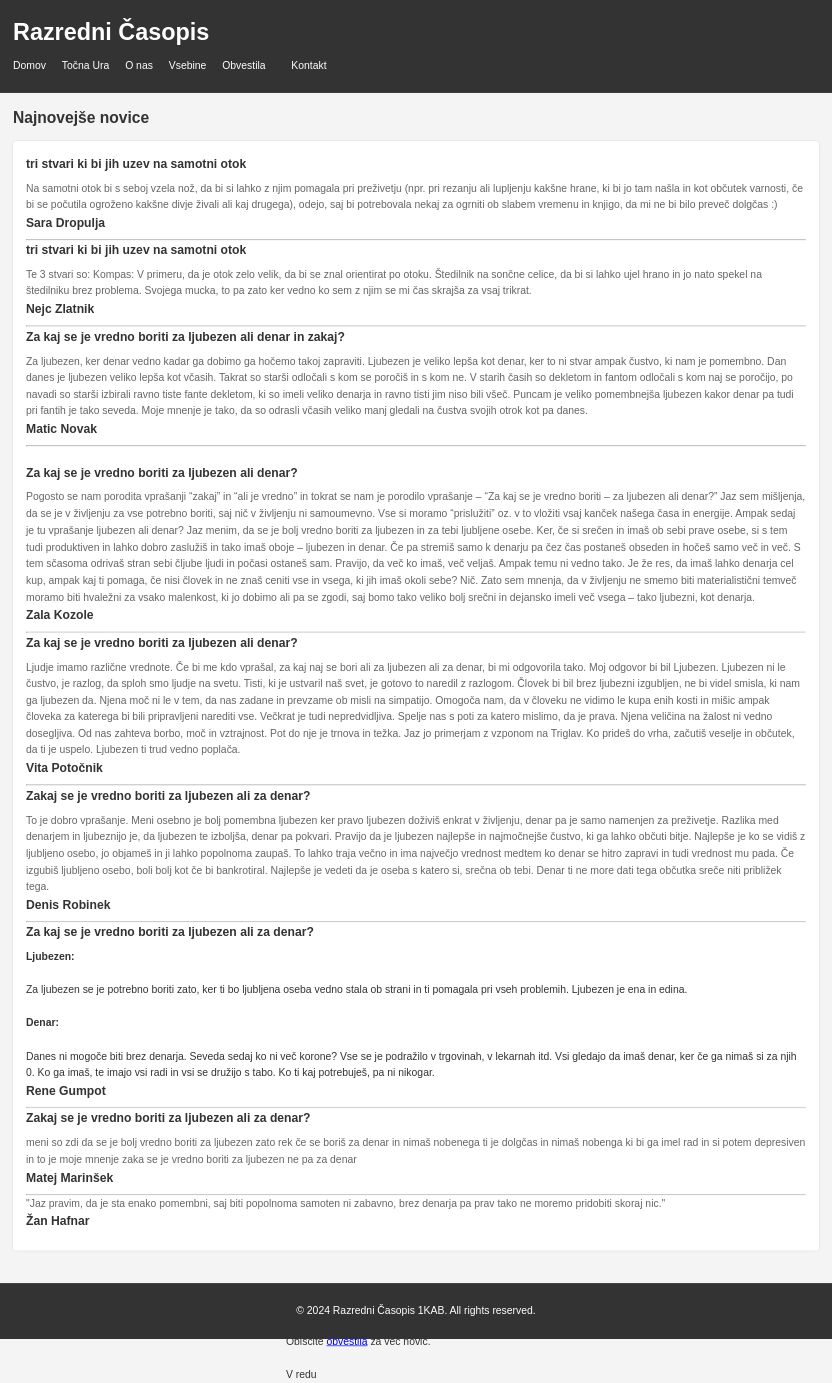
Repository: razrednicasopis/razrednicasopis.github.io
Page: Resources/casopis-html.html
The author's editor kept a copy of each file at every save. The page is drawn from the files as they stood at one save, then again after a run of saves.
The browser window is 1280 px wide. The pictures show the whole page, at 65% of full size.

Above is the page before, as saved 2024-01-23 09:14:16.
Console error: TypeError: Cannot read properties of null (reading 'addEventListener')

After the next 2 saves:
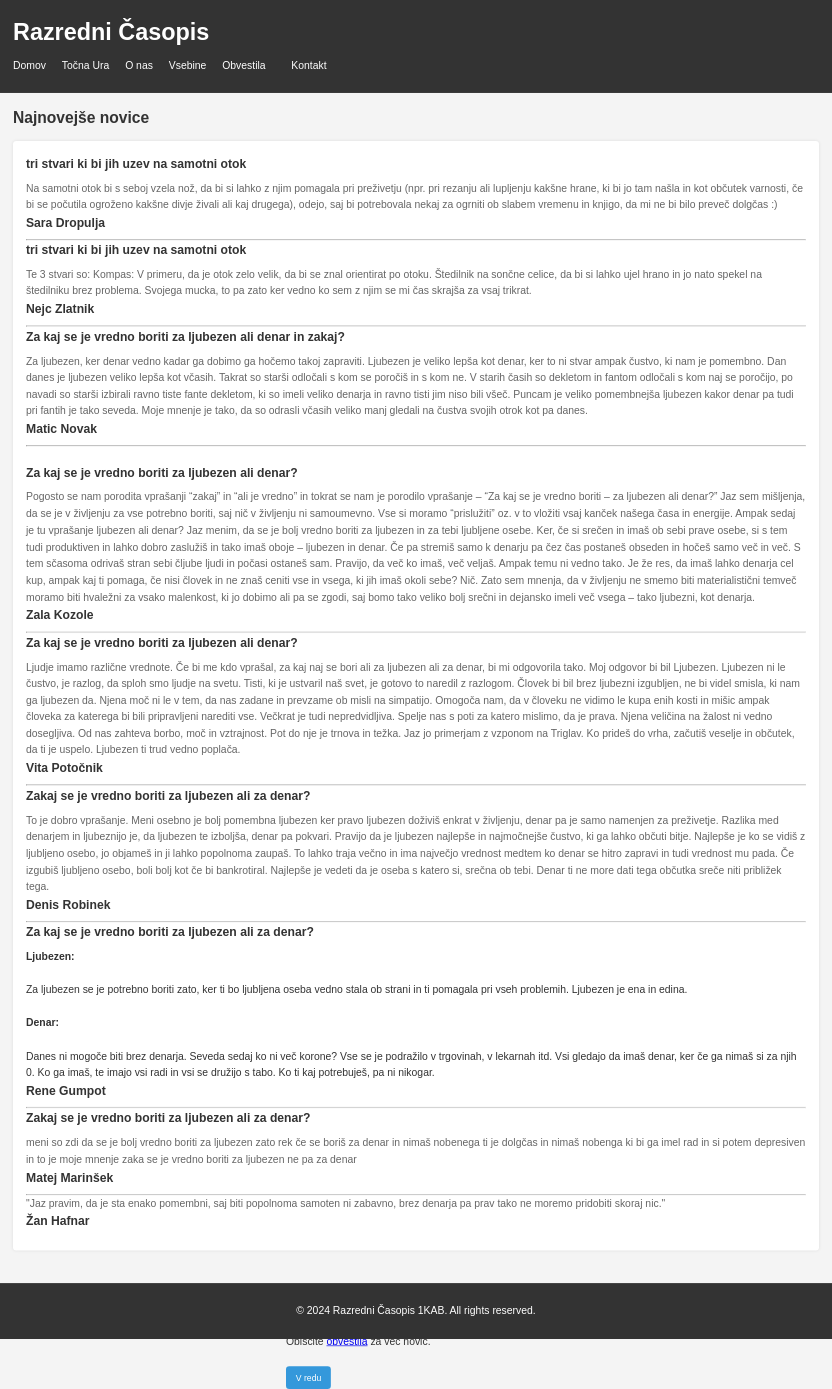
The error is gone.
The 2 saves are shown as one change because they came seconds apart.
The last was saved 19 s later.
--- a/Resources/casopis-html.html
+++ b/Resources/casopis-html.html
@@ -115,7 +115,7 @@ in to je moje mnenje zaka se je vredno boriti za ljubezen ne pa za denar
       <h1><b>NEDOSEGLJIVE VSEBINE</b></h1>
       <p>Te vsebine bodo na voljo v naslednjih verzijah strani.
       <p>Obiščite <a href="obvestila.html">obvestila</a> za več novic.<p><br>
-      <span class="closePopupBtn">V redu</span>
+      <button id="closePopupBtn">V redu</span>
   </div>
 </div>
 </div>
